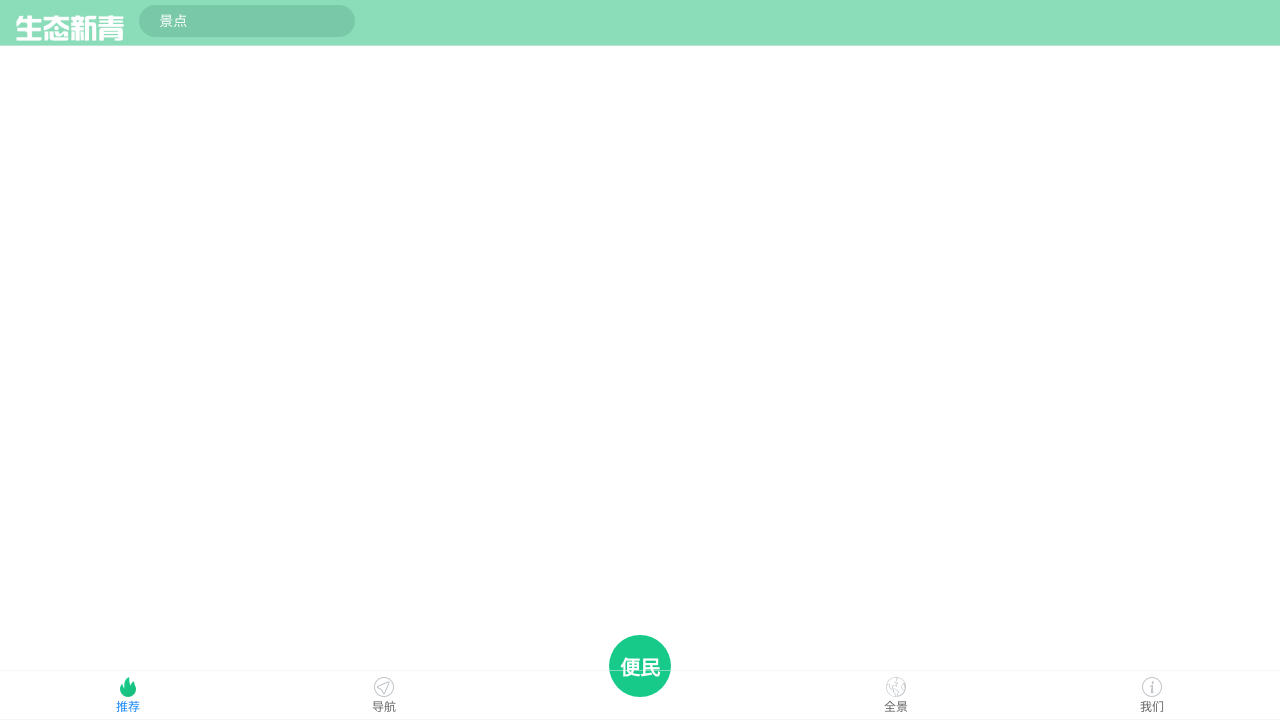
Repository: huye123/stcq
Page: /
The author's editor kept a copy of each file at every save. The page is drawn from the files as they stood at one save, then again after the next save.
The browser window is 1280 px wide. The pictures show the whole page.
The project was rebuilt for these pictures with package versions that can differ from the ones it lists, and the page was loaded fresh each time. Also part of the build but not shown: src/components/search.vue.

Above is the page before, as saved 2019-06-28 16:49:00.

### index.html
<!DOCTYPE html>
<html>
  <head>
    <meta charset="utf-8">
    <meta name="viewport" content="width=device-width,initial-scale=1.0">
    <title>stcqapp</title>
  </head>
  <body>
    <div id="app"></div>
    <!-- built files will be auto injected -->
  </body>
</html>

### src/main.js
// The Vue build version to load with the `import` command
// (runtime-only or standalone) has been set in webpack.base.conf with an alias.
import Vue from 'vue'
import App from './App'
import router from './router'
import Vant from 'vant';
import 'vant/lib/index.css';
Vue.use(Vant)

Vue.config.productionTip = false

// require('src\style\index.less')
/* eslint-disable no-new */
new Vue({
  el: '#app',
  router,
  components: { App },
  template: '<App/>'
})

### src/App.vue
<template>
  <div id="app">
     <router-view/>
  <van-tabbar v-model="active">
  <van-tabbar-item >
    <span>推荐</span>
    <img
      slot="icon"
      slot-scope="props"
      :src="props.active ? icon.active : icon.normal"
    >
  </van-tabbar-item>
  <van-tabbar-item >
    <span>导航</span>
    <img
      slot="icon"
      slot-scope="search"
      :src="search.active ? icon.active1 : icon.navigation"
    >
  </van-tabbar-item>
  <van-tabbar-item  class="bianmin">
    <span class="peopel">便民</span>
  </van-tabbar-item>
   <van-tabbar-item >
  </van-tabbar-item>
  <van-tabbar-item >
    <span>全景</span>
    <img
      slot="icon"
      slot-scope="panorama"
      :src="panorama.active ? icon.active3 : icon.panorama"
    >
  </van-tabbar-item>
  <van-tabbar-item >
    <span>我们</span>
    <img
      slot="icon"
      slot-scope="user"
      :src="user.active ? icon.active4 : icon.user"
    >
  </van-tabbar-item>
  <!-- <van-tabbar-item icon="search">标签</van-tabbar-item>
  <van-tabbar-item icon="setting-o">标签</van-tabbar-item>
  <van-tabbar-item icon="search">标签</van-tabbar-item> -->
</van-tabbar>
  </div>
</template>

<script>
export default {
  name: 'App',
  data() {
    return {
      active: 0,
      icon: {
        normal: 'static/image/tuijian-n.png',
        active: 'static/image/tuijian-s.png',
        navigation: 'static/image/daolan-n.png',
        active1: 'static/image/daolan-s.png',
        panorama: 'static/image/quanjing-n.png',
        active3: 'static/image/quanjing-s.png',
        user: 'static/image/women-n.png',
        active4: 'static/image/women-s.png'
      },
      //  iconNav: {
      //   normal: 'static/image/daolan-n.png',
      //   active: 'static/image/daolan-s.png'
      // }
    }
  },
}
</script>

<style>
#app {
  font-family: 'Avenir', Helvetica, Arial, sans-serif;
  -webkit-font-smoothing: antialiased;
  -moz-osx-font-smoothing: grayscale;
  text-align: center;
  color: #2c3e50;
  margin-top: 60px;
}
.bianmin{
      background: #18ca8a;
    border-radius: 50%;
    /* width: 100%; */
    height: 62px;
    width: 62px;
    position: absolute;
    top:  calc(-50% - 10px);
    left: calc(50% - 31px);

}.peopel{
  font-size: 20px;
  font-weight: bold;
  color: #fff;
}
</style>

### src/router/index.js
import Vue from 'vue'
import Router from 'vue-router'
import HelloWorld from '@/components/HelloWorld'
import Search from '@/components/search'

Vue.use(Router)

export default new Router({
  routes: [
    {
      path: '/',
      name: 'HelloWorld',
      component: HelloWorld
    },
    {
      path: '@/components/search',
      name: 'search',
      meta: {
       title: '搜索',
      },
     }

  ]
})

### src/components/HelloWorld.vue
<template>
  <div class="hello">
    <van-nav-bar fixed class="index">
      <div slot="left">
        <!-- <span class="title">生态新青</span> -->
        <van-col span="7" class="logo">
          <img src="../../static/image/logo.png" alt="">
        </van-col>
        <router-link :to="{ name: '搜索'}">
          <van-col span="14" class="indexBtn" :offset="1">
            <button>景点</button>
          </van-col>
        </router-link>
      </div>
  <!-- <van-icon name="search" slot="right" /> -->
</van-nav-bar>
  </div>
</template>

<script>
export default {
  name: 'HelloWorld',
  data () {
    return {

    }
  }
}
</script>

<!-- Add "scoped" attribute to limit CSS to this component only -->

<style scoped>
 .index{
   background-color: rgba(25, 186, 117, 0.5);
   /* opacity: 0.5; */

 }
  .logo img{
     width: 100%;
      display: block;
      margin-top: 10px;

   }
   .indexBtn button{
     background-color:  rgba(105, 184, 153, 0.5);
     border: 0px;
     width: 100%;
     border-radius: 25px;
     line-height: 30px;
     color: #fff;
     text-align: left;
     padding-left: 20px;
   }

</style>

After the next save:
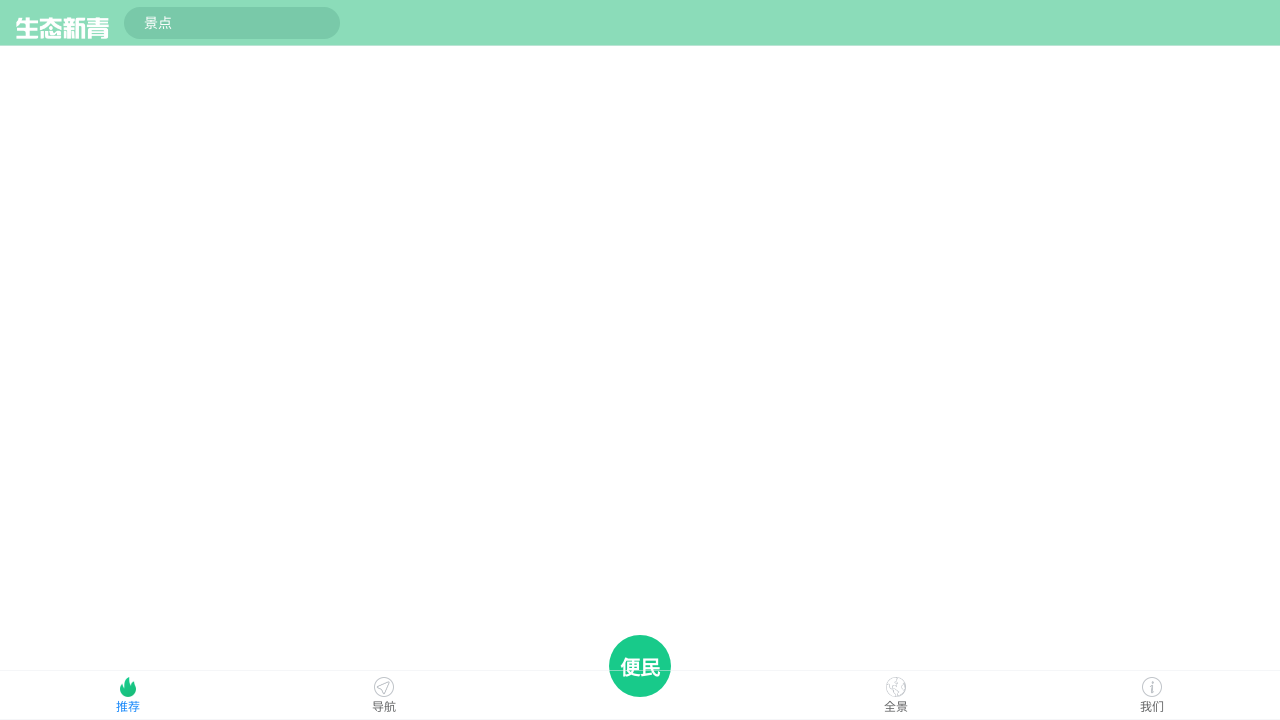
Saved 31 s later.
--- a/src/components/HelloWorld.vue
+++ b/src/components/HelloWorld.vue
@@ -3,7 +3,7 @@
     <van-nav-bar fixed class="index">
       <div slot="left">
         <!-- <span class="title">生态新青</span> -->
-        <van-col span="7" class="logo">
+        <van-col span="6" class="logo">
           <img src="../../static/image/logo.png" alt="">
         </van-col>
         <router-link :to="{ name: '搜索'}">
